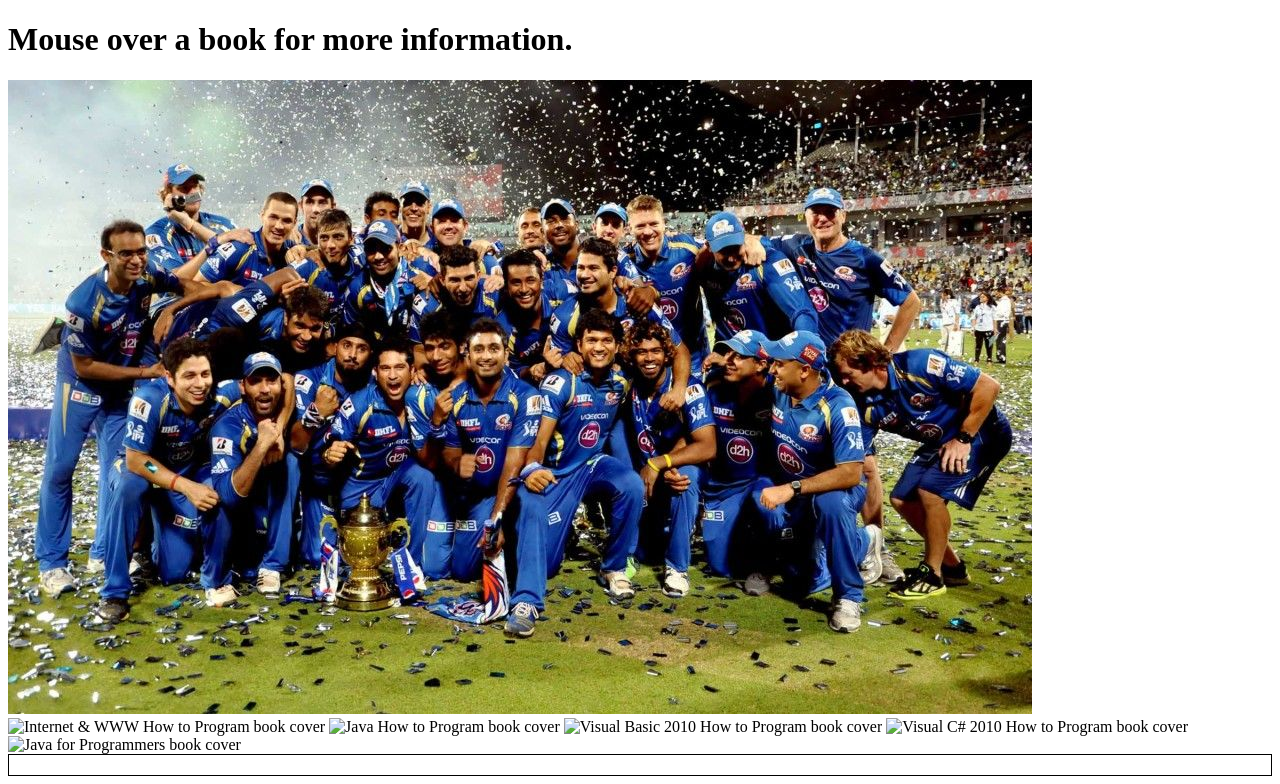
Repository: devanshudave1901/DevanshuDave_Sec002_ICE-05
Page: SwitchContent.html
The author's editor kept a copy of each file at every save. The page is drawn from the files as they stood at one save, then again after the next save.
The browser window is 1280 px wide. The pictures show the whole page.

Above is the page before, as saved 2022-03-20 21:40:48.

After the next save:
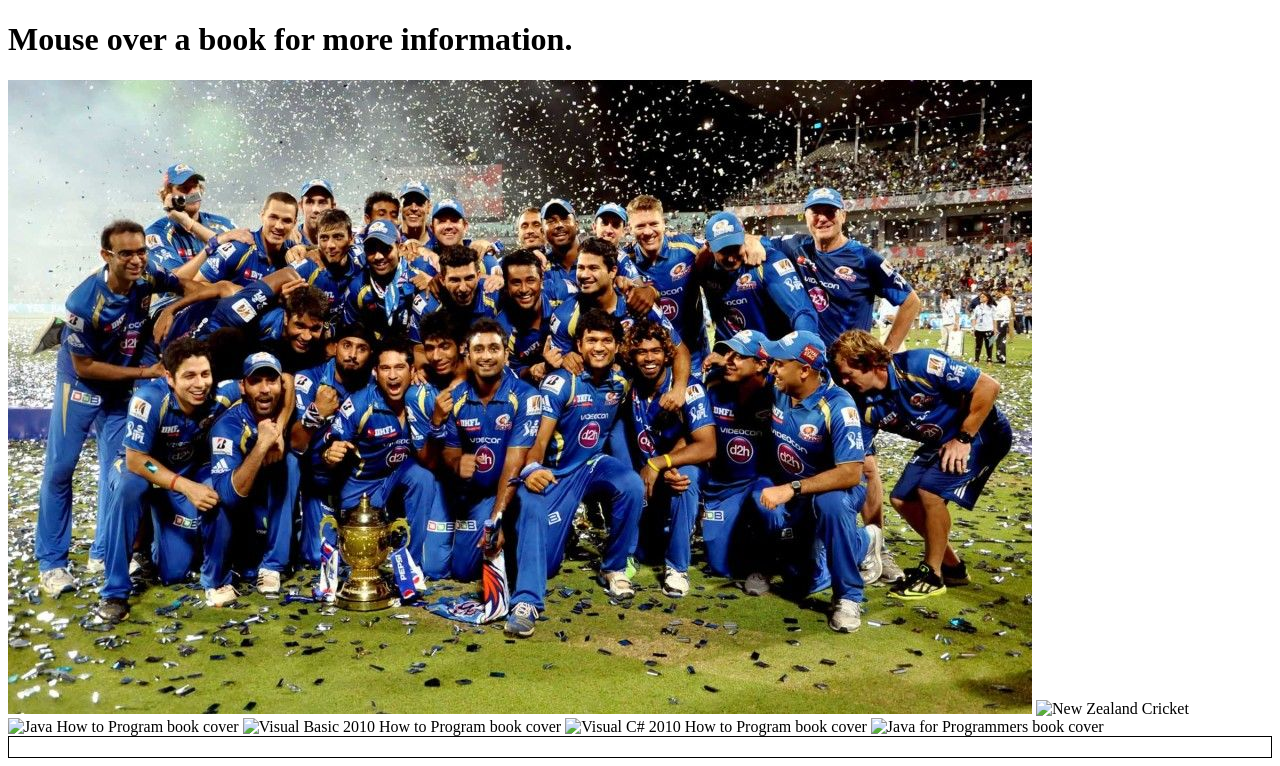
Saved 16 s later.
--- a/SwitchContent.html
+++ b/SwitchContent.html
@@ -85,7 +85,7 @@
    <h1>Mouse over a book for more information.</h1>
    <img id = "mumbaiIndians" alt = "Mumbai Indians"
       src = "./images/mumbaiIndiansCricketTeam.jpg">
-   <img id = "newZealandCricket" alt = "Internet & WWW How to Program book cover"
+   <img id = "newZealandCricket" alt = "New Zealand Cricket"
       src = "">
    <img id = "jhtp" alt = "Java How to Program book cover"
       src = "">
